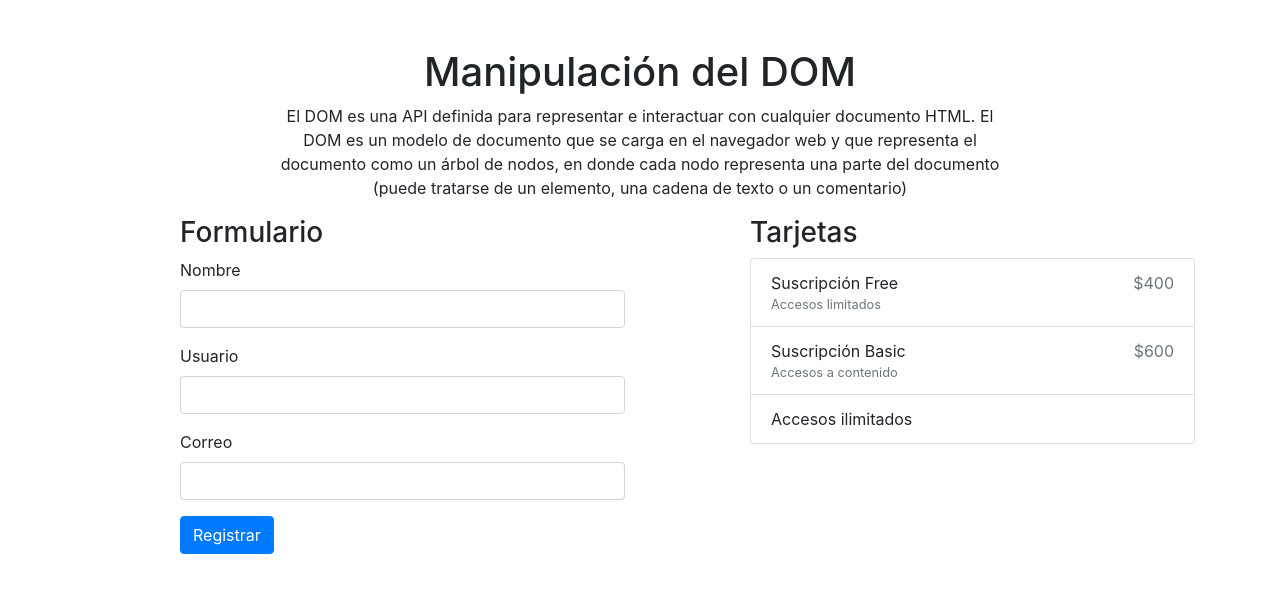
Repository: pedro-donoso/manipulacion-dom
Page: index.html
These files come from the project's save history. The page is drawn as it stood at one moment and after a run of saves; the edit follows.
The browser window is 1280 px wide. The pictures show the whole page.

Above is the page before, as saved 2024-02-05 21:33:10.

After the next 2 saves:
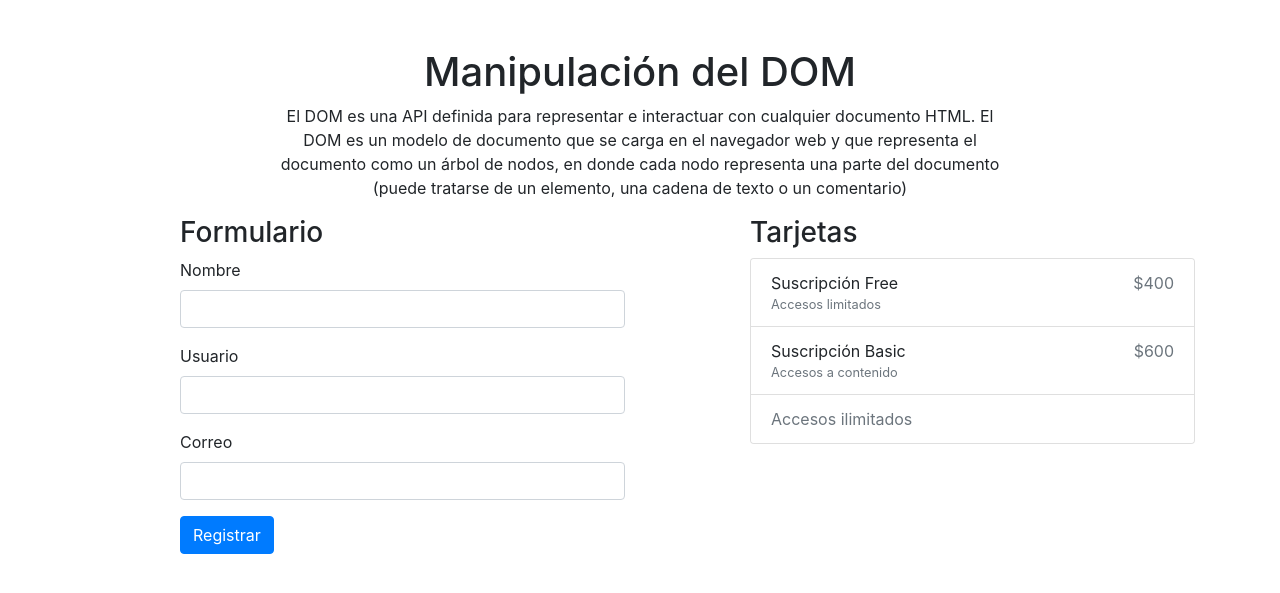
The 2 saves are shown as one change because they came seconds apart.
The last was saved 11 s later.
--- a/index.html
+++ b/index.html
@@ -63,7 +63,7 @@
                         </li>
                         <li class="list-group-item d-flex justify-content-between">
                             <div class="d-flex flex-column">
-                                <span>Accesos ilimitados</span>
+                                <span class="text-muted">Accesos ilimitados</span>
                                 <small></small>
                             </div>
                         </li>
